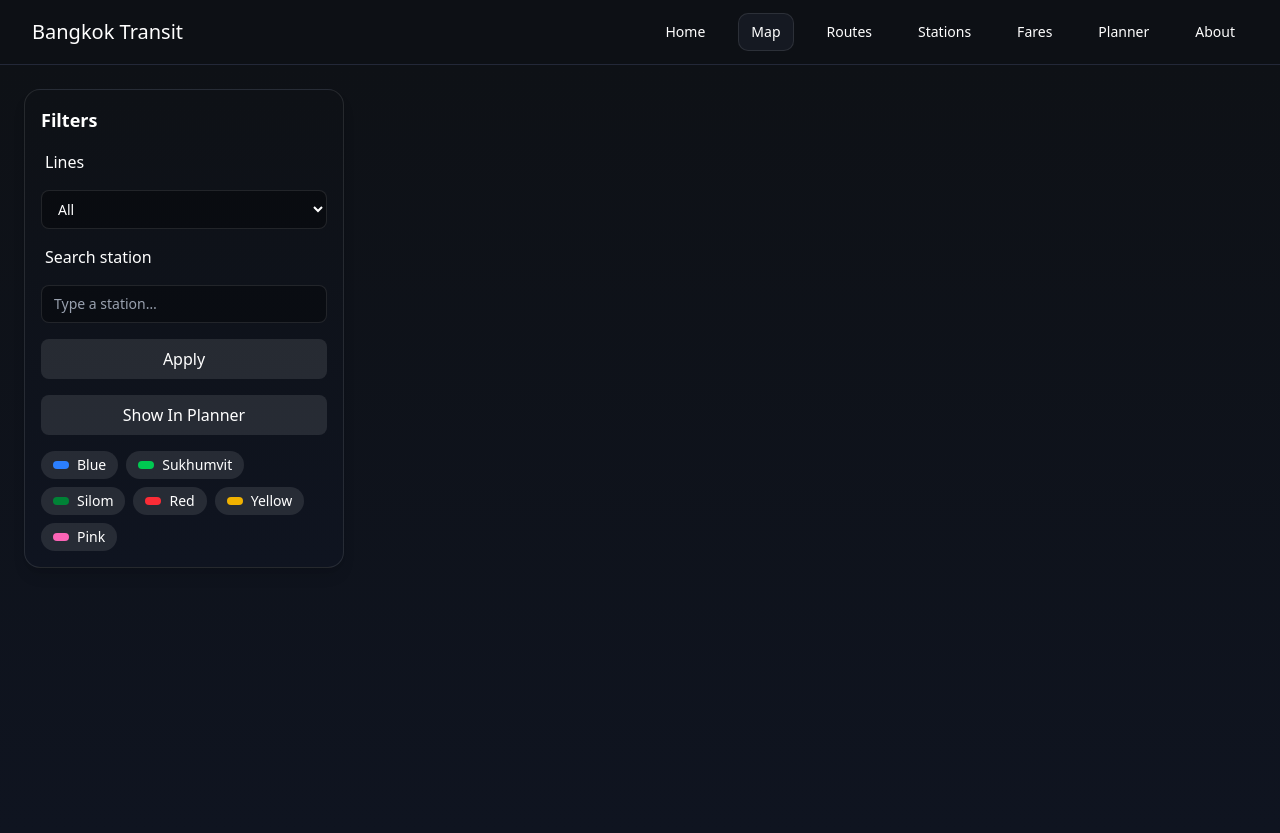
Repository: pyaestk/Bangkok-transit-map
Page: /map
The author's editor kept a copy of each file at every save. The page is drawn from the files as they stood at one save, then again after the next save.
The browser window is 1280 px wide. The pictures show the whole page.
The project was rebuilt for these pictures with package versions that can differ from the ones it lists, and the page was loaded fresh each time. Also part of the build but not shown: vite.config.ts, src/pages/Home.tsx, src/pages/Planner.tsx, src/pages/Stations.tsx, src/pages/TrainRoutes.tsx, src/pages/Fares.tsx, src/pages/About.tsx.

Above is the page before, as saved 2025-10-04 10:10:10.

After the next save:
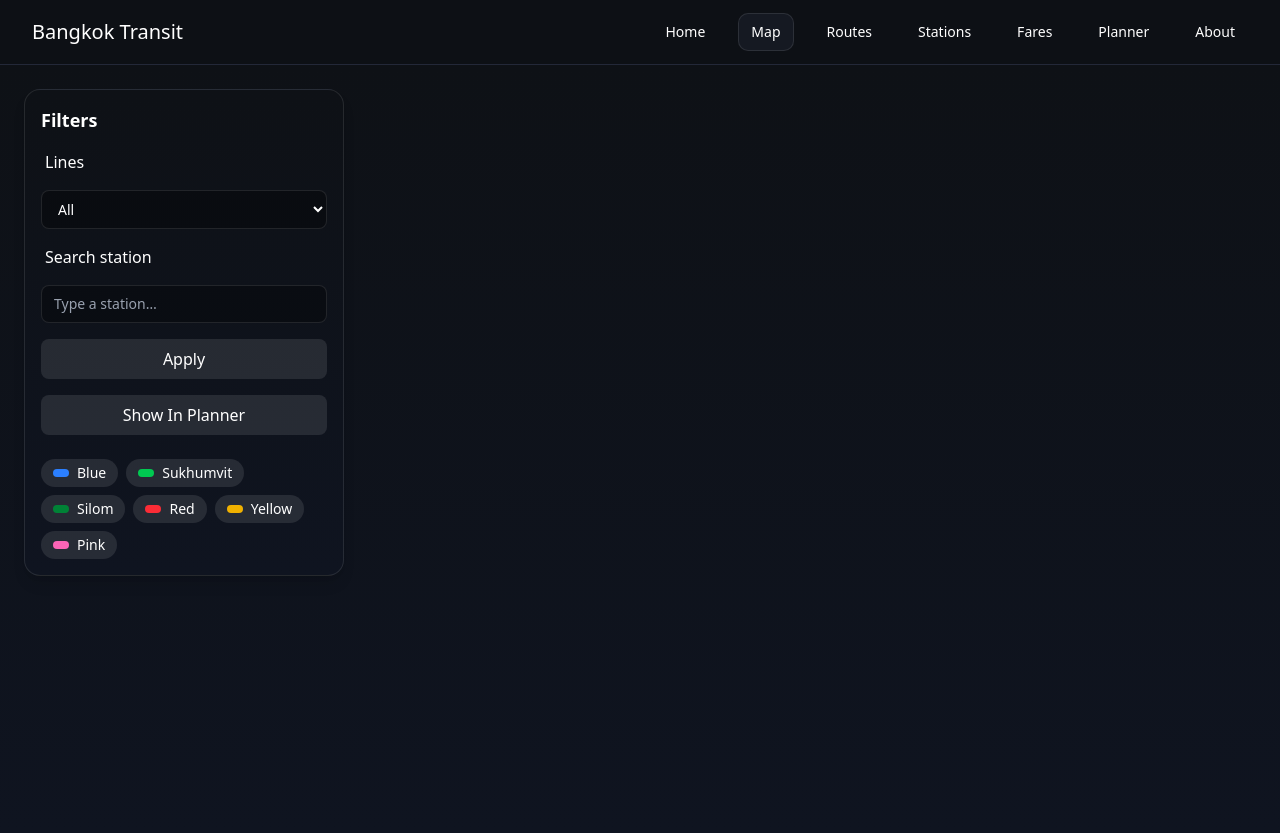
Saved 11 s later.
--- a/src/component/FiltersCard.tsx
+++ b/src/component/FiltersCard.tsx
@@ -27,7 +27,7 @@ export default function FiltersCard() {
       </div>
 
       {/* Line Pills */}
-      <div className="flex flex-wrap gap-2 mt-4 text-sm">
+      <div className="flex flex-wrap gap-2 mt-6 text-sm">
         <span className="flex items-center px-3 py-1 rounded-full bg-white/10">
           <span className="w-4 h-2 rounded-full bg-blue-500 mr-2"></span>
           Blue
